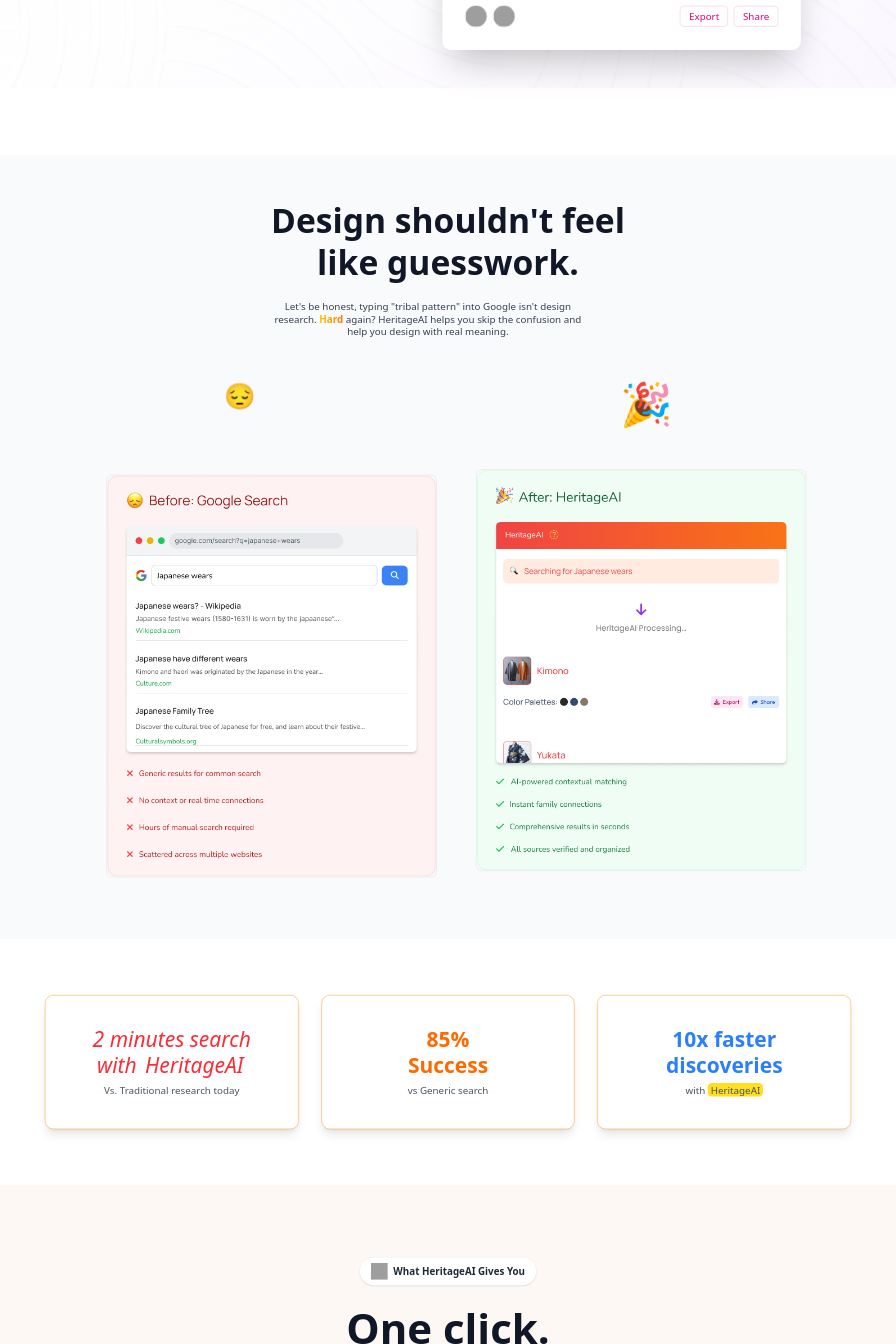
Repository: Em-driod/Heritage
Page: /
The author's editor kept a copy of each file at every save. The page is drawn from the files as they stood at one save, then again after the next save.
The browser window is 1280 px wide. The pictures show the part of the page from y = 766 to 2686 px (the page is 5766 px tall), at 70% of full size.
Pictures or frames that could not be fetched are drawn as grey boxes. The project was rebuilt for these pictures with package versions that can differ from the ones it lists, and the page was loaded fresh each time. Also part of the build but not shown: vite.config.ts.

Above is the page before, as saved 2025-07-09 12:03:24.

### src/App.tsx
// src/App.tsx
import React from 'react';
import { BrowserRouter as Router, Route, Routes } from 'react-router-dom';
import Home from './pages/House';
import Navbar from './components/Navbar';



const App: React.FC = () => {
  return (
    <Router>
      <div>
       <Navbar />

        <Routes>
          <Route path="/" element={<Home />} />


        </Routes>
      </div>
    </Router>
  );
};

export default App;

### src/pages/House.tsx
import Hero from "../components/Hero"
import Landsecont from "../components/landsecont"
import Landthird from "../components/landthird"
import Landfourth from "../components/landfourth"
import Landfifth from "../components/landfifth"

const Home = () => {
  return (
    <div>
      <Hero />
      <Landsecont />
      <Landthird />
     <Landfourth />
     <Landfifth />
    </div>
  )
}

export default Home

### src/components/Navbar.tsx


const Navbar = () => {
  return (
    <div className="flex items-center justify-between py-4 px-28 border-b border-gray-200">
      <div className="flex items-center space-x-4">
        {/* Using standard <img> tag */}
        <div className="relative w-24 h-8"> {/* You might need to adjust these dimensions or add more specific CSS for proper sizing */}
          <img
            src="/HeritageAI_logo.png" // Path to your image in the public folder
            alt="HeritageAI Logo"
            className="w-full h-full object-contain" // Tailwind classes for object-fit and full width/height
          />
        </div>

      </div>
       <nav className="hidden md:flex space-x-6">
          {/* Using standard <a> tags */}
          <a href="/culture" className="text-gray-700 hover:text-gray-900">Culture</a>
          <a href="/gallery" className="text-gray-700 hover:text-gray-900">Gallery</a>
          <a href="/about" className="text-gray-700 hover:text-gray-900">About</a>
        </nav>
      <div className="relative flex items-center">
        <input
          type="text"
          placeholder="Yoruba culture"
          className="pl-10 pr-4 py-2 border border-gray-300 rounded-md focus:outline-none focus:ring-2 focus:ring-blue-500 focus:border-transparent"
        />
        <svg
          className="absolute left-3 top-1/2 transform -translate-y-1/2 w-5 h-5 text-gray-400"
          fill="none"
          stroke="currentColor"
          viewBox="0 0 24 24"
          xmlns="http://www.w3.org/2000/svg"
        >
          <path
            strokeLinecap="round"
            strokeLinejoin="round"
            strokeWidth="2"
            d="M21 21l-6-6m2-5a7 7 0 11-14 0 7 7 0 0114 0z"
          ></path>
        </svg>
      </div>
    </div>
  );
};

export default Navbar;

### src/components/Hero.tsx
// ...imports and interface (unchanged)
import React, { useState, useEffect } from 'react';

interface Asset {
  src: string;
  label: string;
}

const Hero: React.FC = () => {
  const [selectedCulture, setSelectedCulture] = useState<string>('Yoruba');
  const [isLoading, setIsLoading] = useState<boolean>(false);
  const [generatedAssets, setGeneratedAssets] = useState<Asset[]>([]);
  const [showAmalaSpecificLoading, setShowAmalaSpecificLoading] = useState<boolean>(false);

  const fetchGeneratedAssets = (cultureParam: string) => {
    setIsLoading(true);
    setShowAmalaSpecificLoading(false);

    setTimeout(() => {
      let assetsData: Asset[] = [];
      if (cultureParam === 'Yoruba') {
        assetsData = [
          { src: "/obatala.png", label: "Obatala" },
          { src: "/amala.png", label: "Amala" },
          { src: "/osun.png", label: "Oshun" },
        ];
      } else if (cultureParam === 'Igbo') {
        assetsData = [
          { src: "/path-to-igbo-asset1.jpg", label: "Odinani" },
          { src: "/path-to-igbo-asset2.jpg", label: "Agbogho Mmuo" },
          { src: "/path-to-igbo-asset3.jpg", label: "Igbo Ukwu" },
        ];
      } else if (cultureParam === 'Japanese') {
        assetsData = [
          { src: "/path-to-japanese-asset1.jpg", label: "Geisha" },
          { src: "/path-to-japanese-asset2.jpg", label: "Samurai" },
          { src: "/path-to-japanese-asset3.jpg", label: "Sakura" },
        ];
      }
      setGeneratedAssets(assetsData);
      setIsLoading(false);

      if (cultureParam === 'Yoruba') {
        setShowAmalaSpecificLoading(true);
        setTimeout(() => setShowAmalaSpecificLoading(false), 5000);
      }
    }, 1500);
  };

  useEffect(() => {
    fetchGeneratedAssets(selectedCulture);
  }, [selectedCulture]);

  const handleCultureSelect = (cultureName: string) => {
    setSelectedCulture(cultureName);
  };

  const SkeletonLoader: React.FC = () => (
    <div className="space-y-4">
      {[1, 2, 3].map((_, index) => (
        <div key={index} className="flex items-center justify-between animate-pulse">
          <div className="flex items-center space-x-3">
            <div className="w-12 h-12 rounded-lg bg-gray-200"></div>
            <div className="h-4 bg-gray-200 rounded w-24"></div>
          </div>
          <div className="flex space-x-2">
            <div className="h-8 bg-gray-200 rounded w-16"></div>
            <div className="h-8 bg-gray-200 rounded w-16"></div>
          </div>
        </div>
      ))}
    </div>
  );

  const AmalaSpecificLoader: React.FC = () => (
    <div className="flex flex-col justify-center bg-gray-50 p-4 rounded-lg border border-gray-200 text-sm text-gray-800 space-y-4">
      <p><span className="font-semibold text-red-500">Symbol:</span> Symbolic of earthiness, heritage, and resilience.</p>
      <p><span className="font-semibold text-red-500">Color:</span> Dark Brown/Charcoal</p>
      <p><span className="font-semibold text-red-500">Made From:</span> Elubo (yam flour), sometimes cassava flour or plantain.</p>
      <p><span className="font-semibold text-red-500">Regions Known For It:</span> Deeply rooted in Oyo, Osun, Ibadan.</p>
      <p><span className="font-semibold text-red-500">Enjoyed With:</span> Ewedu, gbegiri, and obe ata.</p>
      <p className="italic text-gray-600">Sometimes called the “Yoruba national combo.”</p>
    </div>
  );

  return (
    <div className="py-4 sm:py-8 md:py-12 lg:py-24">
      <div
        className="relative flex justify-center items-center min-h-screen text-center "
        style={{
          backgroundImage: "url('/cfd.png')",
          backgroundSize: "cover",
          backgroundPosition: "center",
          backgroundRepeat: "no-repeat",
        }}
      >
        <div className="absolute inset-0 bg-gradient-to-br from-gray-50 via-white to-purple-50 opacity-80 z-0" />

        <div className="relative z-10 container mx-auto flex flex-col lg:flex-row items-center lg:items-start justify-center gap-8 lg:gap-12 max-w-7xl">
          {/* Left Section */}
          <div className="flex flex-col items-center mt-6 lg:items-start text-center lg:text-left max-w-full lg:max-w-xl px-4 sm:px-0">
            <h1 className="text-4xl md:text-4xl lg:text-5xl font-medium leading-tight text-gray-900 mb-8">
              Ancient Stories.<br />Modern Design.
            </h1>
            <p className="text-4xl md:text-4xl lg:text-5xl font-serif italic text-gray-900 mb-8">Instantly.</p>
            <p className="text-base sm:text-lg text-gray-700 mb-10 max-w-md">
              Bring ancient patterns, bold colors, and deep meaning into every pixel automatically.
            </p>
            <button className="flex items-center px-6 py-3 sm:px-8 sm:py-4 bg-gradient-to-r from-red-500 to-orange-500 text-white font-semibold rounded-lg shadow-lg hover:shadow-xl transition duration-300 transform hover:scale-105">
              <svg className="w-5 h-5 mr-2" fill="currentColor" viewBox="0 0 20 20">
                <path fillRule="evenodd" d="M10 18a8 8 0 100-16 8 8 0 000 16zM9.555 7.168A1 1 0 008 8v4a1 1 0 001.555.832l3-2a1 1 0 000-1.664l-3-2z" clipRule="evenodd" />
              </svg>
              Try Beta Free
            </button>
          </div>

          {/* Right Section Card + Aura */}
          <div className="relative w-full max-w-md lg:max-w-lg  lg:mt-0">
            {/* Glow effects behind the card */}
            <div className="absolute right-0 top-1/2 -translate-y-1/2 w-60 h-60 bg-purple-800 opacity- blur-2xl rounded-full z-[-1]" />
            <div className="absolute top-0 left-1/2 -translate-x-1/2 w-40 h-40 bg-green-400 opacity-30 blur-xl rounded-full z-[-1]" />
            <div className="absolute left-0 bottom-20 w-40 h-40 bg-yellow-400 opacity-40 blur-xl rounded-full z-[-1]" />

            {/* Actual Card */}
            <div className="bg-white rounded-xl shadow-2xl p-0 sm:p-8">
              <h2 className="text-lg sm:text-xl font-semibold text-gray-800 mb-6">Select Culture</h2>
              <div className="grid grid-cols-2 sm:grid-cols-3 gap-3 mb-8">
                {/* Culture Buttons */}
                {['Yoruba', 'Igbo', 'Japanese'].map((culture) => (
                  <button
                    key={culture}
                    className={`relative flex items-center justify-center p-3 rounded-md text-sm font-medium text-white h-20 overflow-hidden ${selectedCulture === culture ? 'ring-2 ring-purple-500 ring-offset-2' : ''}`}
                    onClick={() => handleCultureSelect(culture)}
                  >
                    <img src={`/${culture.toLowerCase()}.png`} alt={`${culture} Culture`} className="absolute inset-0 w-full h-full object-cover" />
                    <div className="absolute inset-0 bg-opacity-40 flex items-center justify-center"></div>
                  </button>
                ))}
              </div>

              <div className="flex flex-col items-center mb-6">
                <svg className="w-6 h-6 text-purple-600 mb-2" fill="none" stroke="currentColor" viewBox="0 0 24 24">
                  <path strokeLinecap="round" strokeLinejoin="round" strokeWidth="2" d="M19 14l-7 7m0 0l-7-7m7 7V3" />
                </svg>
              </div>

              <h2 className="text-lg sm:text-xl font-semibold text-gray-800 mb-4">Generated Assets</h2>
              {isLoading ? (
                <SkeletonLoader />
              ) : (
                <div className="space-y-4 mb-8">
                  {generatedAssets.map((asset) => (
                    <React.Fragment key={asset.label}>
                      <div className="flex items-center justify-between">
                        <div className="flex items-center space-x-3">
                          <img src={asset.src} alt={asset.label} className="w-12 h-12 rounded-lg object-cover" />
                          <span className="text-gray-800 font-medium">{asset.label}</span>
                        </div>
                        <div className="flex flex-col sm:flex-row space-y-2 sm:space-y-0 sm:space-x-2 text-sm">
                          <button className="px-3 py-1 border border-pink-200 text-pink-600 rounded-md hover:bg-pink-50">Export</button>
                          <button className="px-3 py-1 border border-pink-200 text-pink-600 rounded-md hover:bg-pink-50">Share</button>
                        </div>
                      </div>
                      {asset.label === 'Amala' && selectedCulture === 'Yoruba' && showAmalaSpecificLoading && (
                        <AmalaSpecificLoader />
                      )}
                    </React.Fragment>
                  ))}
                </div>
              )}

              <h2 className="text-lg sm:text-xl font-semibold text-gray-800 mb-4">Color Palette</h2>
              <div className="flex flex-col sm:flex-row items-center justify-between space-y-4 sm:space-y-0">
                <div className="flex space-x-2">
                  <button className="w-8 h-8 rounded-full border border-gray-300 bg-cover bg-center" style={{ backgroundImage: "url('/path-to-yellow-palette-image.png')" }} />
                  <button className="w-8 h-8 rounded-full border border-gray-300 bg-cover bg-center" style={{ backgroundImage: "url('/path-to-dark-palette-image.png')" }} />
                </div>
                <div className="flex space-x-2 text-sm">
                  <button className="px-3 py-1 border border-pink-200 text-pink-600 rounded-md hover:bg-pink-50">Export</button>
                  <button className="px-3 py-1 border border-pink-200 text-pink-600 rounded-md hover:bg-pink-50">Share</button>
                </div>
              </div>
            </div>
          </div>
          {/* End of Right Section */}
        </div>
      </div>
    </div>
  );
};

export default Hero;

### src/components/landsecont.tsx
const Landsecont = () => {
  return (
    <div className="flex flex-col items-center justify-center min-h-screen bg-gray-50 py-16 px-4 sm:px-6 lg:px-8">
      {/* Top Section: Main Heading and Subheading */}
      <div className="text-center mb-16 max-w-4xl mx-auto">
        <h1 className="text-4xl sm:text-5xl lg:text-5xl font-bold text-gray-900 leading-tight">
          Design shouldn't feel
          <br />
          like guesswork.
        </h1>
        <p className="mt-6 text-sm sm:text-sm w-112 text-gray-700 leading-tight">
          Let's be honest, typing "tribal pattern" into Google
          isn't design research.
          <span className="font-bold bg-gradient-to-r from-yellow-400 to-orange-500 text-transparent bg-clip-text"> Hard </span>
          again? HeritageAI helps you skip the
          confusion and help you design with real meaning.
        </p>
      </div>

      {/* Middle Section: Emojis */}
      <div className="flex justify-between w-full max-w-5xl px-8 mb-12">
        <span role="img" aria-label="sad face" className="text-4xl  translate-x-40">
          😔
        </span>
        <span role="img" aria-label="party popper" className="text-6xl -translate-x-40">
          🎉
        </span>
      </div>

      {/* Bottom Section: Before & After Cards */}
      <div className="flex flex-col lg:flex-row justify-center items-stretch gap-8 w-full max-w-5xl">
        {/* Left Column: Before Google Search */}
        <div className="  flex-1  p-6 flex flex-col">

          <img
            src="/afre.png"
            alt="Google Search Screenshot"
            className="rounded-lg border border-gray-200 w-full object-cover"
          />
        </div>

        {/* Right Column: After HeritageAI */}
            <div className="  flex-1    flex flex-col mt-4">
                <span role="img" aria-label="party popper" className="text-2xl -translate-x-12">

        </span>

          <img
            src="/reaf.png"
            alt="Google Search Screenshot"
            className="rounded-lg border border-gray-200 w-full object-cover"
          />
        </div>
      </div>
    </div>
  );
};

export default Landsecont;

### src/components/landthird.tsx


const Landthird = () => {
  return (
    <div className="flex justify-center items-center py-20 px-4 sm:px-6 lg:px-8 bg-white">
      <div className="flex flex-col lg:flex-row items-center justify-center gap-8 w-full max-w-6xl">

        {/* Card 1: 2 minutes search */}
        <div className="flex-1 bg-white border border-orange-300 rounded-xl shadow-lg p-6 text-center h-48 flex flex-col justify-center transition-transform duration-300 hover:scale-105">
          <p className="text-3xl italic  text-red-500 mb-2">
            2 minutes search
            <br />
            with <span className=" px-1 rounded-md">HeritageAI</span>
          </p>
          <p className="text-sm text-gray-600">
            Vs. Traditional research today
          </p>
        </div>

        {/* Card 2: 85% Success */}
        <div className="flex-1 bg-white border border-orange-300 rounded-xl shadow-lg p-6 text-center h-48 flex flex-col justify-center transition-transform duration-300 hover:scale-105">
          <p className="text-3xl font-bold text-orange-500 mb-2">
            85%
            <br />
            Success
          </p>
          <p className="text-sm text-gray-600">
            vs Generic search
          </p>
        </div>

        {/* Card 3: 10x faster discoveries */}
        <div className="flex-1 bg-white border border-orange-300 rounded-xl shadow-lg p-6 text-center h-48 flex flex-col justify-center transition-transform duration-300 hover:scale-105">
          <p className="text-3xl font-bold text-blue-500 mb-2">
            10x faster
            <br />
            discoveries
          </p>
          <p className="text-sm text-gray-600">
            with <span className="bg-yellow-300 px-1 rounded-md">HeritageAI</span>
          </p>
        </div>

      </div>
    </div>
  );
};

export default Landthird;

### src/components/landfourth.tsx


const Landfourth = () => {
  return (
    <div className="bg-[#fef8f5] min-h-screen flex flex-col items-center justify-center py-20 px-4 sm:px-6 lg:px-8">
      {/* Top Section: What HeritageAI Gives You */}
      <div className="text-center mb-16">
        <div className="inline-flex items-center bg-white rounded-full py-2 px-4 shadow-sm mb-6">
          <img
            src="/path-to-heritageai-icon.png" // Placeholder, replace with your actual icon path
            alt="HeritageAI Icon"
            className="w-6 h-6 mr-2"
          />
          <span className="text-sm font-semibold text-gray-800">What HeritageAI Gives You</span>
        </div>
        <h1 className="text-5xl sm:text-6xl font-bold text-gray-900 leading-tight">
          One click.
          <br />
          Infinite heritage.
        </h1>
      </div>

      {/* Cards Section */}
      <div className="grid grid-cols-1 md:grid-cols-2 lg:grid-cols-4 gap-8 max-w-6xl w-full">

        {/* Card 1: Design kits */}
        <div className="bg-white rounded-2xl shadow-lg p-6 flex flex-col items-start text-left">
          <img
            src="/path-to-design-kits-icon.png" // Placeholder, replace with your actual icon path
            alt="Design kits icon"
            className="w-12 h-12 mb-4"
          />
          <h3 className="text-xl font-semibold text-gray-900 mb-2">Design kits</h3>
          <p className="text-gray-600 text-sm mb-4">
            Ready to use palettes, icons
            <br />
            textures
          </p>
          <div className="flex space-x-2 mt-auto">
            <div className="w-8 h-8 rounded-full bg-pink-500 border-2 border-white shadow"></div>
            <div className="w-8 h-8 rounded-full bg-cyan-500 border-2 border-white shadow"></div>
            <div className="w-8 h-8 rounded-full bg-purple-500 border-2 border-white shadow"></div>
          </div>
        </div>

        {/* Card 2: Cultural Context */}
        <div className="bg-white rounded-2xl shadow-lg p-6 flex flex-col items-start text-left">
          <img
            src="/path-to-cultural-context-icon.png" // Placeholder, replace with your actual icon path
            alt="Cultural Context icon"
            className="w-12 h-12 mb-4"
          />
          <h3 className="text-xl font-semibold text-gray-900 mb-2">Cultural Context</h3>
          <p className="text-gray-600 text-sm mb-4">
            Every visual comes with a short
            <br />
            short or symbol meaning
          </p>
          <div className="flex items-center text-gray-700 font-medium mt-auto">
            <svg className="w-5 h-5 mr-2 text-gray-500" fill="currentColor" viewBox="0 0 20 20" xmlns="http://www.w3.org/2000/svg">
              <path fillRule="evenodd" d="M4 4a2 2 0 012-2h4.586A2 2 0 0112 2.414L14.586 5A2 2 0 0115 6.414V16a2 2 0 01-2 2H6a2 2 0 01-2-2V4zm2 6a1 1 0 011-1h6a1 1 0 110 2H7a1 1 0 01-1-1zm1 3a1 1 0 100 2h6a1 1 0 100-2H7z" clipRule="evenodd"></path>
            </svg>
            Rich storytelling
          </div>
        </div>

        {/* Card 3: Export Ready */}
        <div className="bg-white rounded-2xl shadow-lg p-6 flex flex-col items-start text-left">
          <img
            src="/path-to-export-ready-icon.png" // Placeholder, replace with your actual icon path
            alt="Export Ready icon"
            className="w-12 h-12 mb-4"
          />
          <h3 className="text-xl font-semibold text-gray-900 mb-2">Export Ready</h3>
          <p className="text-gray-600 text-sm mb-4">
            Use in Figma, Canva, Webflow,
            <br />
            or even download
          </p>
          <div className="flex space-x-2 mt-auto">
            <img src="/path-to-figma-icon.png" alt="Figma icon" className="w-8 h-8" /> {/* Placeholder */}
            <img src="/path-to-canva-icon.png" alt="Canva icon" className="w-8 h-8" /> {/* Placeholder */}
            <img src="/path-to-webflow-icon.png" alt="Webflow icon" className="w-8 h-8" /> {/* Placeholder */}
          </div>
        </div>

        {/* Card 4: More Than Visuals */}
        <div className="bg-white rounded-2xl shadow-lg p-6 flex flex-col items-start text-left">
          <img
            src="/path-to-more-than-visuals-icon.png" // Placeholder, replace with your actual icon path
            alt="More Than Visuals icon"
            className="w-12 h-12 mb-4"
          />
          <h3 className="text-xl font-semibold text-gray-900 mb-2">More Than Visuals</h3>
          <p className="text-gray-600 text-sm mb-4">
            Build brand identity rooted in
            <br />
            something real.
          </p>
          <div className="flex items-center text-gray-700 font-medium mt-auto">
            <svg className="w-5 h-5 mr-2 text-gray-500" fill="currentColor" viewBox="0 0 20 20" xmlns="http://www.w3.org/2000/svg">
              <path fillRule="evenodd" d="M10 18a8 8 0 100-16 8 8 0 000 16zm3.707-9.293a1 1 0 00-1.414-1.414L9 10.586 7.707 9.293a1 1 0 00-1.414 1.414l2 2a1 1 0 001.414 0l4-4z" clipRule="evenodd"></path>
            </svg>
            Authentic foundations
          </div>
        </div>

      </div>
    </div>
  );
};

export default Landfourth;

Loaded but not shown: index.html (common file); src/main.tsx (common file); src/index.css (common file); src/components/landfifth.tsx (203 lines, source omitted)

After the next save:
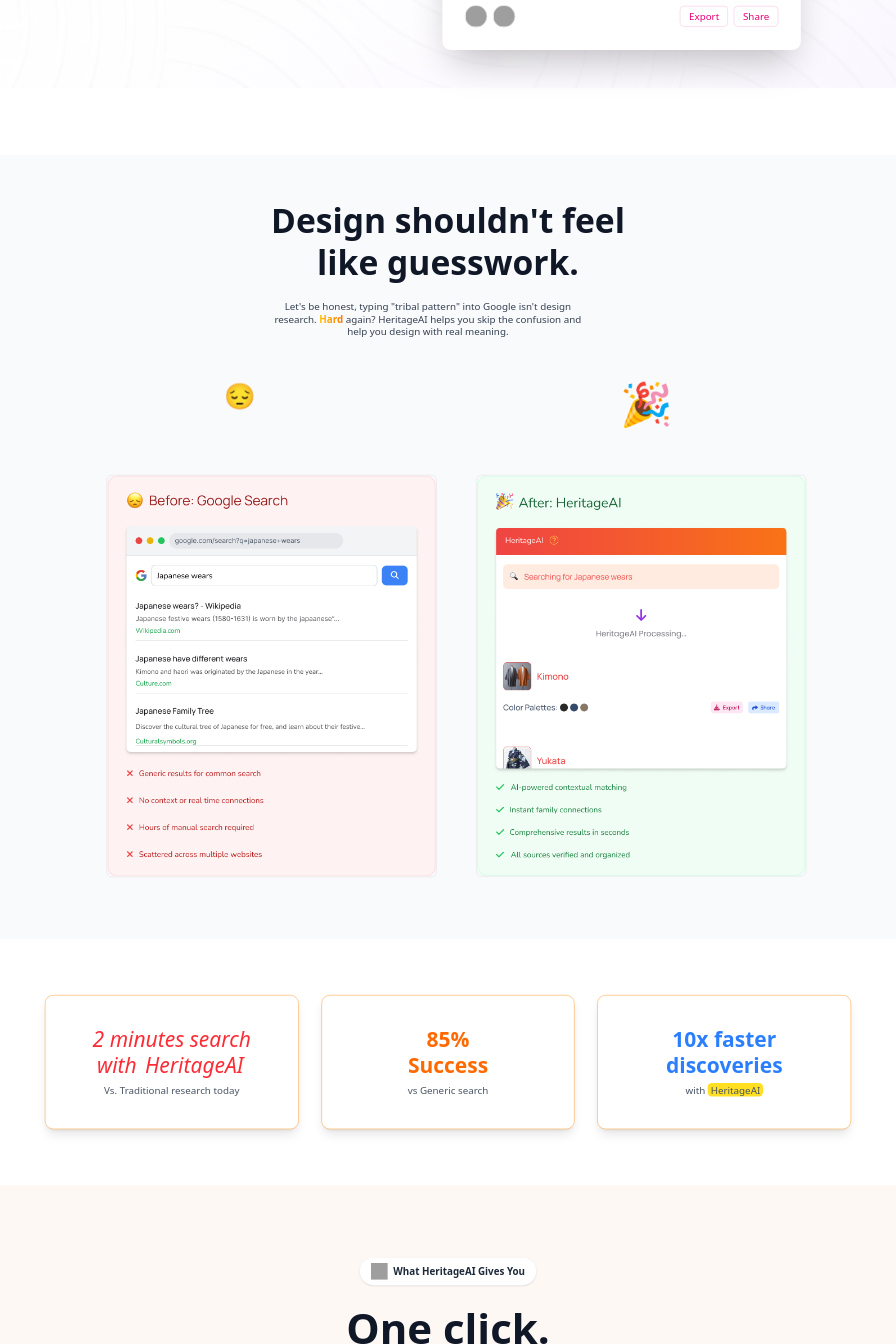
Saved 12 s later.
--- a/src/components/landsecont.tsx
+++ b/src/components/landsecont.tsx
@@ -40,7 +40,7 @@
         </div>
 
         {/* Right Column: After HeritageAI */}
-            <div className="  flex-1    flex flex-col mt-4">
+            <div className="  flex-1    flex flex-col mt-6">
                 <span role="img" aria-label="party popper" className="text-2xl -translate-x-12">
 
         </span>
